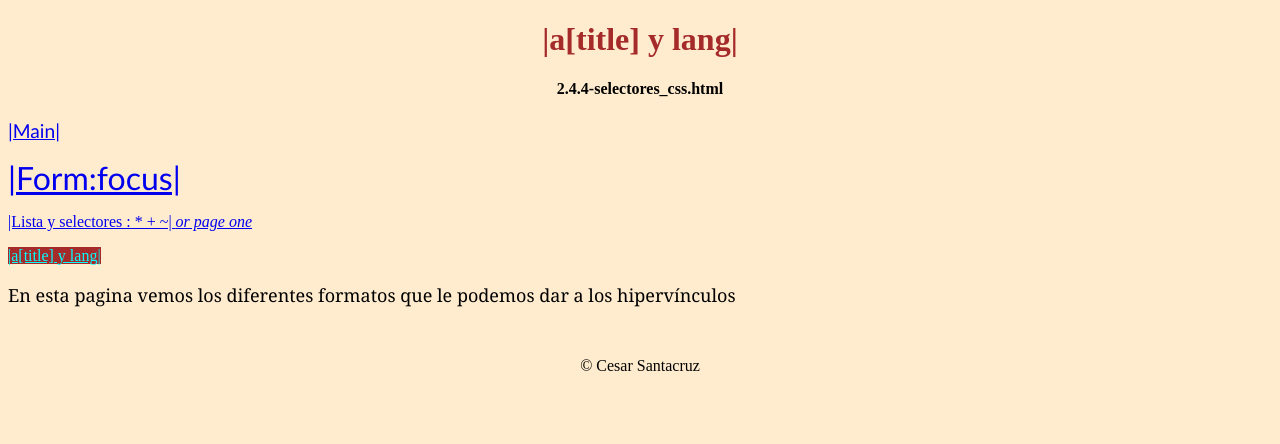
Repository: cesarsant0203/My_Study
Page: Introducción al desarrollo web/2-Css/2.4.4-selectores_css.html
These files come from the project's save history. The page is drawn as it stood at one moment and after the next save; the edit follows.
The browser window is 1280 px wide. The pictures show the whole page.

Above is the page before, as saved 2020-04-28 20:01:09.

### Introducción al desarrollo web/2-Css/2.4.4-selectores_css.html
<!DOCTYPE html>
<html lang="es">

<head>
    <meta charset="utf-8" />
    <title> Selectores CSS </title>
    <link href="2.4.4-selectores_css.css" rel="stylesheet" />
</head>

<body>

    <h1 id="titulo">|a[title] y lang|</h1>
    <h4>2.4.4-selectores_css.html</h4>

    <section id="Section2" class="box">
        <nav>
            <p>
                <a href="2.4-selectores_css.html" title="Main">|Main|</a>
            </p>
            <p>
                <a href="2.4.2-selectores_css.html" title="Visitado">|Form:focus|</a>
            </p>
            <p>
                <a href="2.4.3-selectores_css.html" title="Pagina 1">|Lista y selectores : * + ~|
                    <span lang="en"> or page one</span></a>
            </p>
            <p>
                <a href="2.4.4-selectores_css.html" id="top-one">|a[title] y lang|</a>
            </p>
        </nav>
    </section>
    <article>
        <p id="p1">
            En esta pagina vemos los diferentes formatos que le podemos
             dar a los hipervínculos
        </p>
    </article>
    <footer>
        &copy Cesar Santacruz
    </footer>
</body>

</html>

### Introducción al desarrollo web/2-Css/2.4.4-selectores_css.css
/*a[title]{
    font-weight: bold;
}
*/
*{
    background-color: blanchedalmond;
}
h1#titulo, h4, section#mySection {
    text-align: center;
}
h1 {
    color: brown;
}

a[title=Visitado]{
    font-family: 'Gill Sans', 'Gill Sans MT', Calibri, 'Trebuchet MS', sans-serif;
    font-size: xx-large;
}
a[id |=top] {
    background-color: brown;
    color: aqua;
}
a[title~=Main]{
    font-family: 'Gill Sans', 'Gill Sans MT', Calibri, 'Trebuchet MS', sans-serif;
    font-size: larger;
}
:lang(en){
    font-style: italic;
}
p#p1 {
    font-family: Georgia, 'Times New Roman', Times, serif;
    font-size: large;

}
footer {
    position: relative;
    margin-top: 50px;
    text-align: center;
    height: 30px;
}

After the next save:
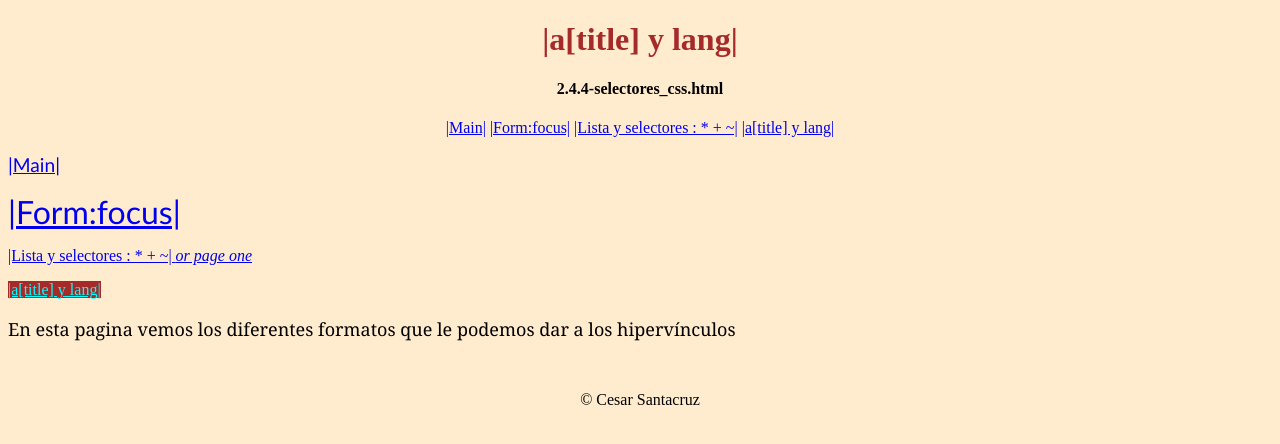
Saved 17 s later.
--- a/Introducción al desarrollo web/2-Css/2.4.4-selectores_css.html
+++ b/Introducción al desarrollo web/2-Css/2.4.4-selectores_css.html
@@ -11,7 +11,14 @@
 
     <h1 id="titulo">|a[title] y lang|</h1>
     <h4>2.4.4-selectores_css.html</h4>
-
+    <section id="mySection" class="box">
+        <nav>
+            <a href="2.4-selectores_css.html">|Main|</a>
+            <a href="2.4.2-selectores_css.html">|Form:focus|</a>
+            <a href="2.4.3-selectores_css.html">|Lista y selectores : * + ~|</a>
+            <a href="2.4.4-selectores_css.html">|a[title] y lang|</a>
+        </nav>
+    </section>
     <section id="Section2" class="box">
         <nav>
             <p>
